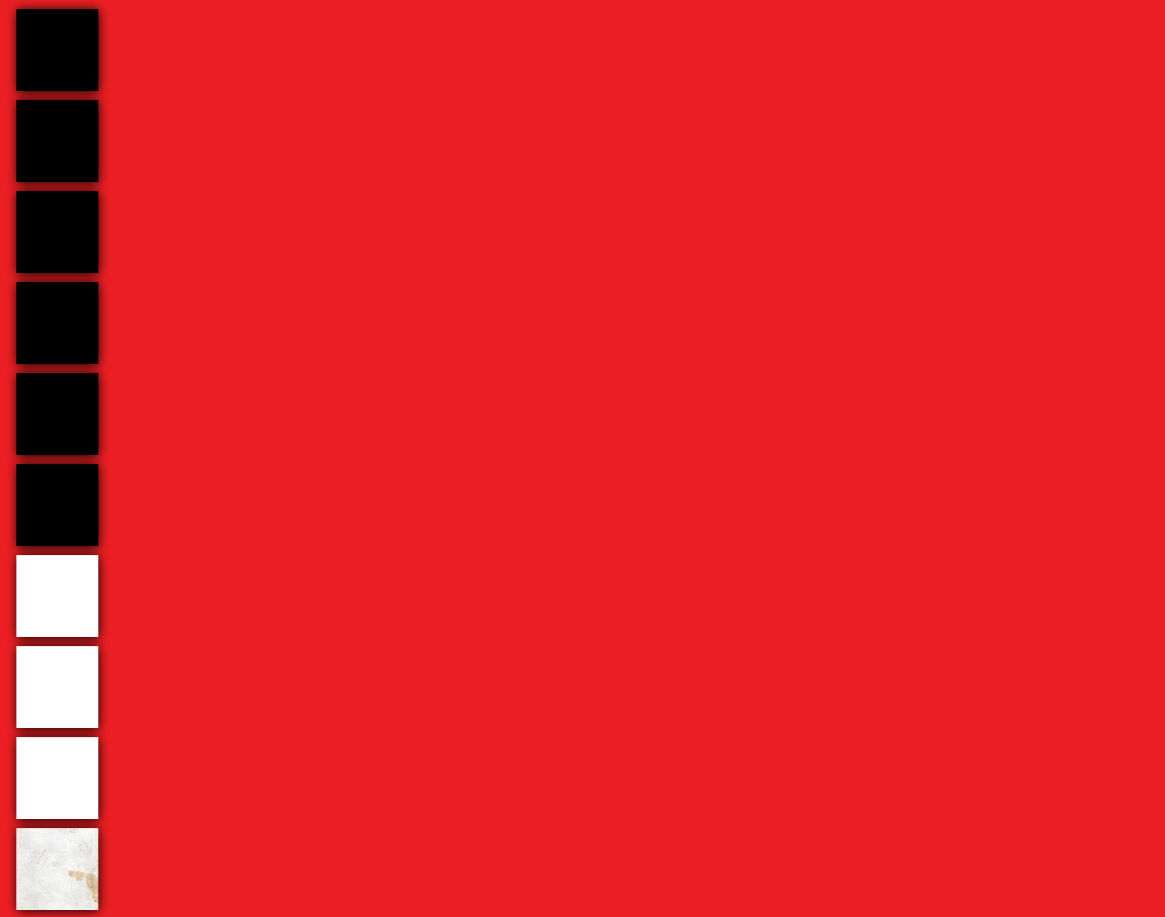
Repository: raghu225/raghu225.github.io
Page: archive/index.html
The author's editor kept a record of every edit. The page is drawn from the files as they stood at one moment, then again after the next edit.
The browser window is 1280 px wide. The pictures show the whole page, at 91% of full size.

Above is the page before.

### archive/index.html
<html>

    <head>
        <title>Composition Archive</title>
        <link href="assets/css/style.css" rel="stylesheet" type="text/css" />
    </head>

    <body>

    <div class="wrapper">

        <div class="black background"></div>
        <div class="black background"></div>
        <div class="black background"></div>
        <div class="black background"></div>
        <div class="black background"></div>
        <div class="black background"></div>

        <div class="white background"></div>
        <div class="white background"></div>
        <div class="white background"></div>
        <img class="background" src="assets/images/wtex.png"/>

    </body>

</html>

### archive/assets/css/style.css
.wrapper {
    /*width: 1000px;*/
    /*margin-top: 20px;*/
    margin-left: 100px;
    /*position: absolute;*/
    display: inline;
}

.background {
    margin-left: 10px;
    margin-top: 10px;
    width: 90px;
    height: 90px;
    /*border: solid white;*/
    /*display: inline block;*/
    box-shadow: 1px 1px 12px #000000;
    transition: all .6s ease-in-out;
}

.background:hover {
    transform: scale(1.1);
}

.black {
    background-color: #000;
    width: 90px;
    height: 90px;
    /*display: inline block;*/
    /*float: left;*/
}

.white {
    background-color: #fff;
    width: 90px;
    height: 90px;
    /*float: right;*/
    /*display: inline block;*/
}

body {
    background-color: #ec2024;
}

.grey:hover {
    background-color: black;
}

.text {
    font-family: 'courier new', courier;
    color: white;
    font-size: 12px;
    font-weight: lighter;
    width: 70px;
    margin-left: 5px;
}

.icon {
    margin-left: -95px;
    margin-top: 5px;
    width: 70px;
    height: 70px;
}

.prev {
    background-color: black;
    width: 70px;
    height: 70px;
    margin-right: 0px;
    margin-bottom: 0px;
}

.left {
    float: left;
}

.static {
    position: absolute;
    width: 400px;
    height: 400px;
    margin-top: -190px;
    margin-left: 160px;
}

After the next edit:
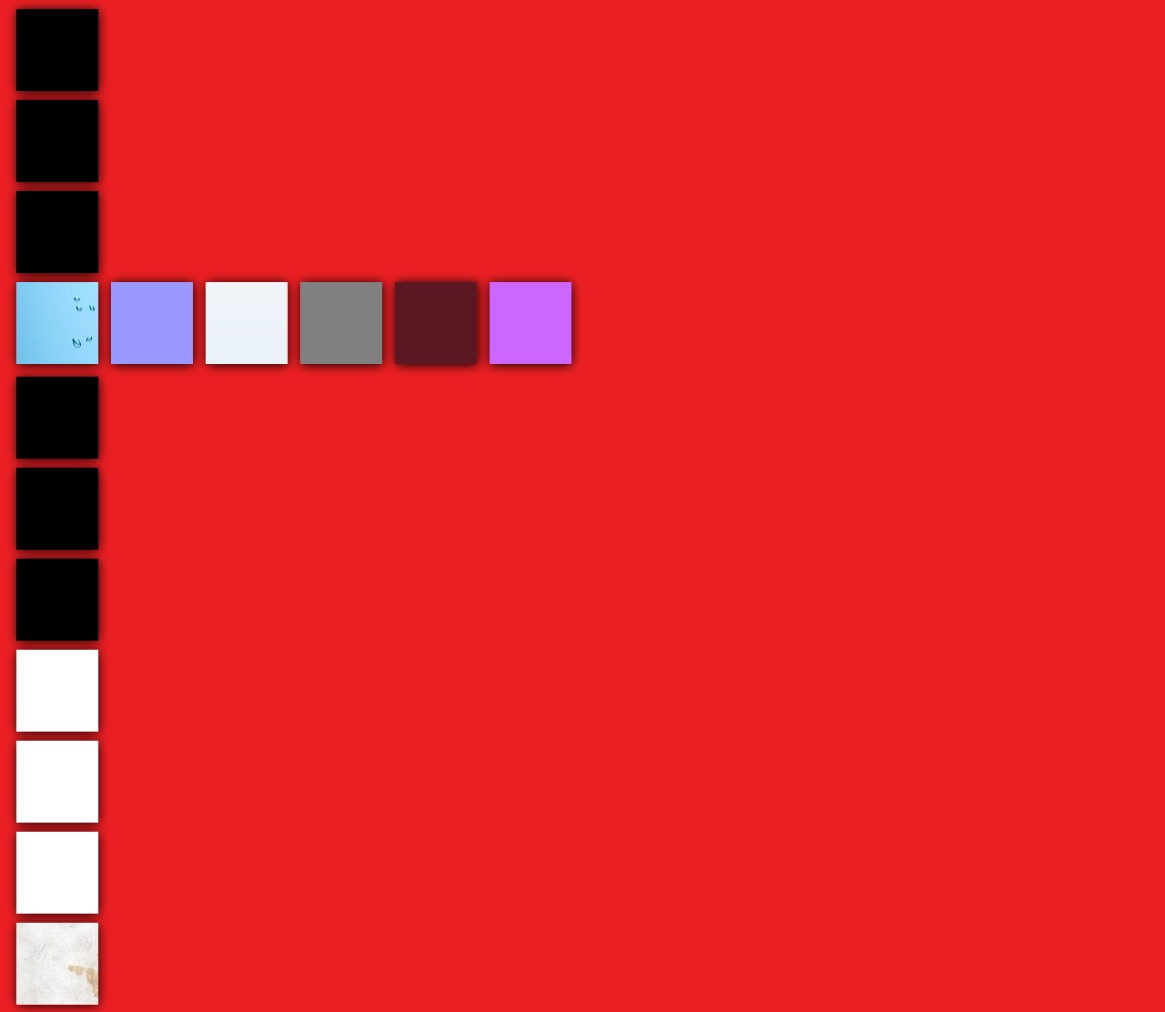
The edit:
--- a/archive/index.html
+++ b/archive/index.html
@@ -12,6 +12,12 @@
         <div class="black background"></div>
         <div class="black background"></div>
         <div class="black background"></div>
+        <img class="background" src="assets/images/bluepic.png"/>
+        <img class="background" src="assets/images/bluepurple.png"/>
+        <img class="background" src="assets/images/bluewhite.png"/>
+        <a href="lika.html"><img class="background" src="assets/images/grey.png"/></a>
+        <img class="background" src="assets/images/maroon.png"/>
+        <img class="background" src="assets/images/purple.png"/>
         <div class="black background"></div>
         <div class="black background"></div>
         <div class="black background"></div>
